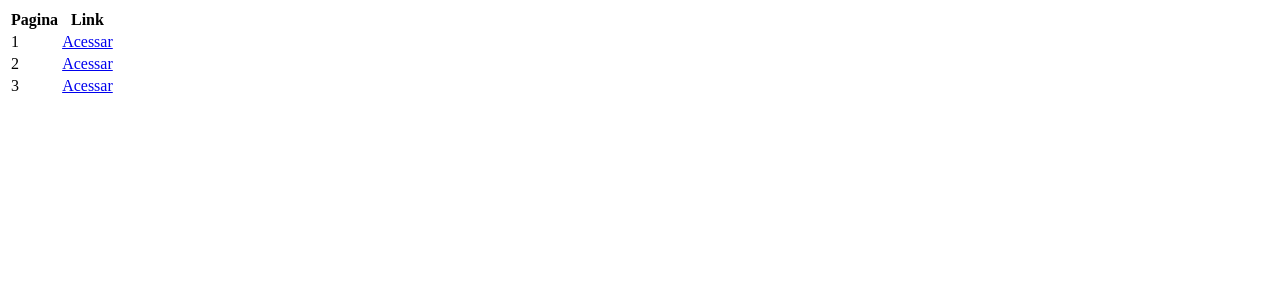
Repository: eduardocorreadesa/progweb
Page: Workspace/fj21-agenda/WebContent/cadastro.html
The author's editor kept a copy of each file at every save. The page is drawn from the files as they stood at one save, then again after the next save.
The browser window is 1280 px wide. The pictures show the whole page.

Above is the page before, as saved 2016-10-04 23:59:51.

After the next save:
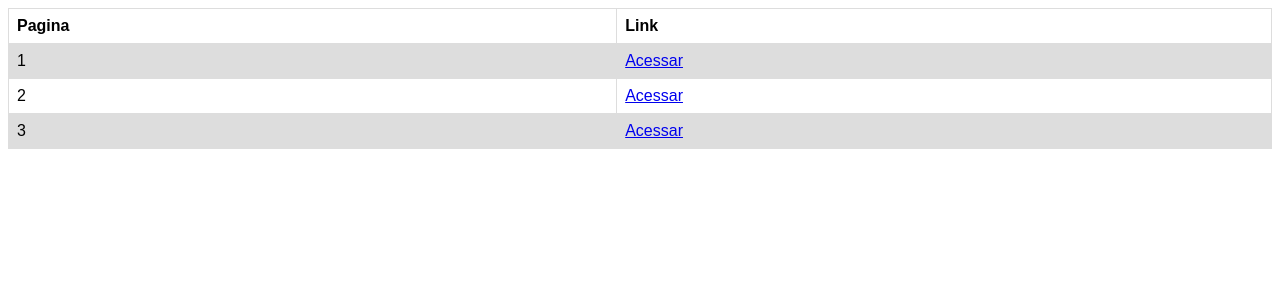
Saved 14 s later.
--- a/Workspace/fj21-agenda/WebContent/cadastro.html
+++ b/Workspace/fj21-agenda/WebContent/cadastro.html
@@ -3,6 +3,24 @@
 <head>
 <meta charset="UTF-8">
 <title>Projeto fj21-agenda</title>
+
+<style>
+table {
+	font-family: arial, sans-serif;
+	border-collapse: collapse;
+	width: 100%;
+}
+
+td, th {
+	border: 1px solid #dddddd;
+	text-align: left;
+	padding: 8px;
+}
+
+tr:nth-child(even) {
+	background-color: #dddddd;
+}
+</style>
 </head>
 <body>
 
